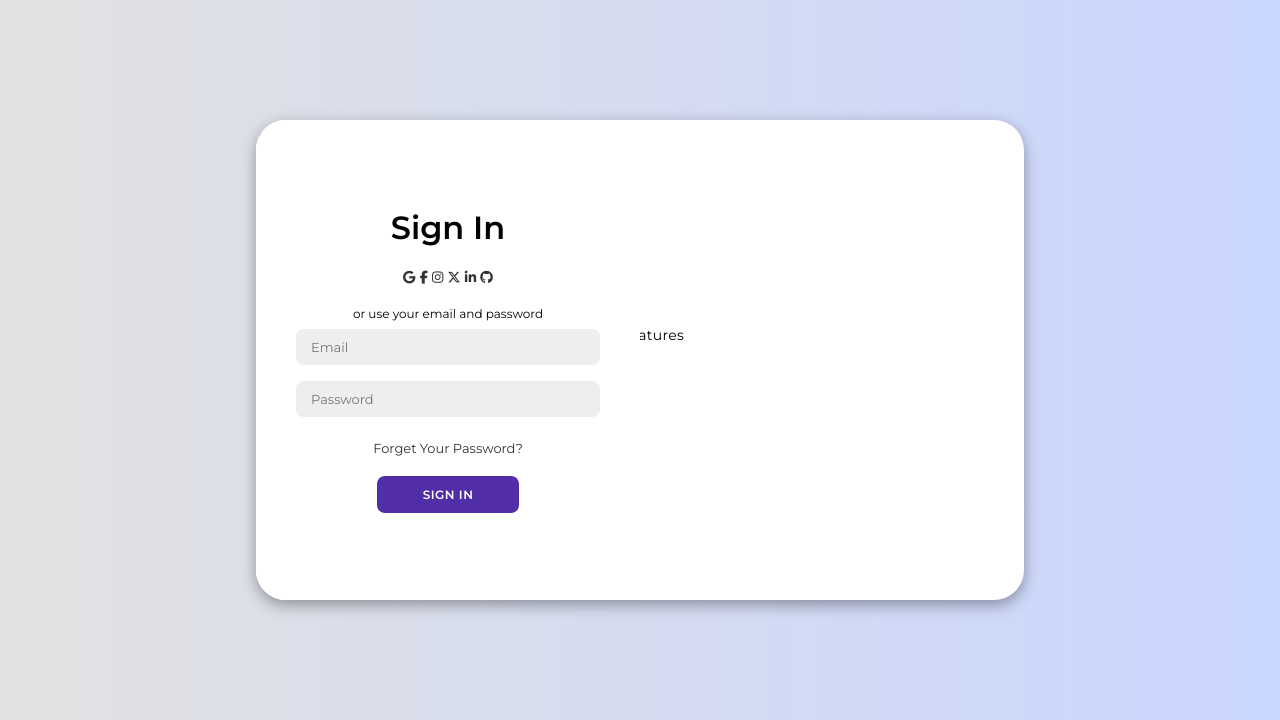
Repository: DevMike1993/Animated_Login_Page
Page: index.html
These files come from the project's save history. The page is drawn as it stood at one moment and after the next save; the edit follows.
The browser window is 1280 px wide. The pictures show the whole page.

Above is the page before, as saved 2023-12-17 22:13:44.
Not found: script.js

After the next save:
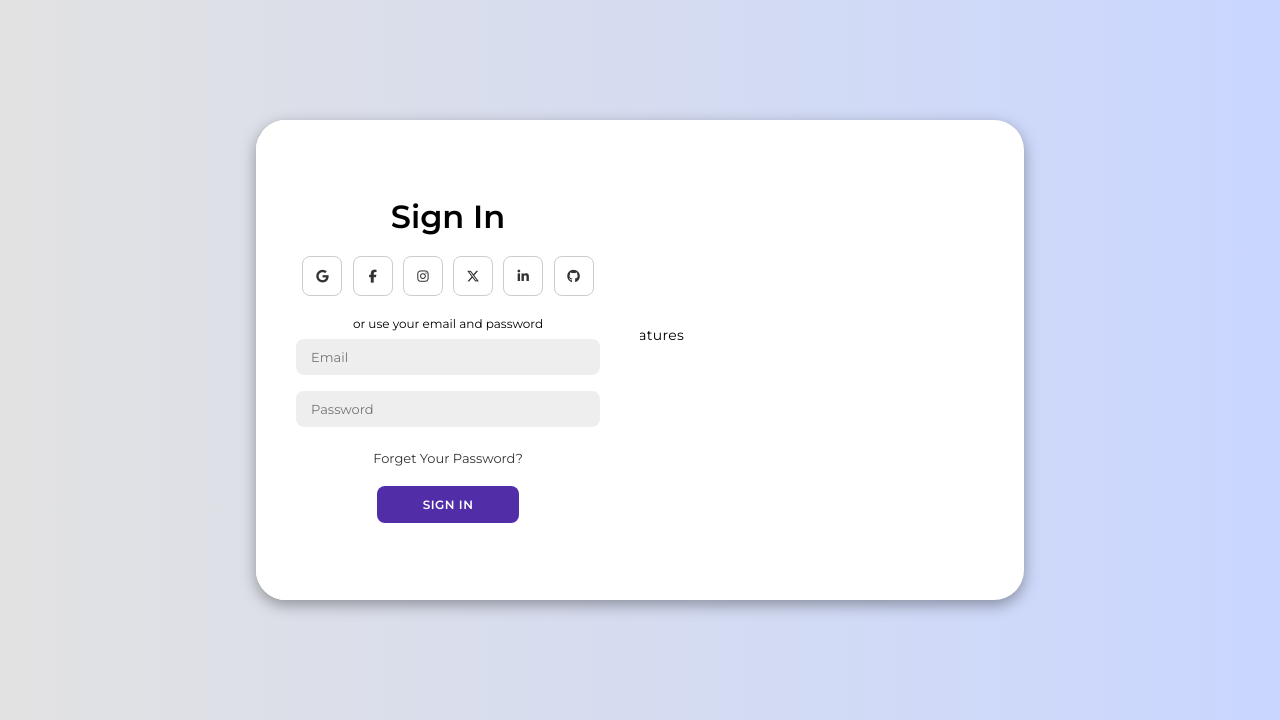
Saved 17 s later.
--- a/style.css
+++ b/style.css
@@ -132,7 +132,7 @@ body{
     margin: 20px 0;
 }
 
-,.social-icons a{
+.social-icons a{
     border: 1px solid #ccc;
     border-radius: 20%;
     display: inline-flex;
